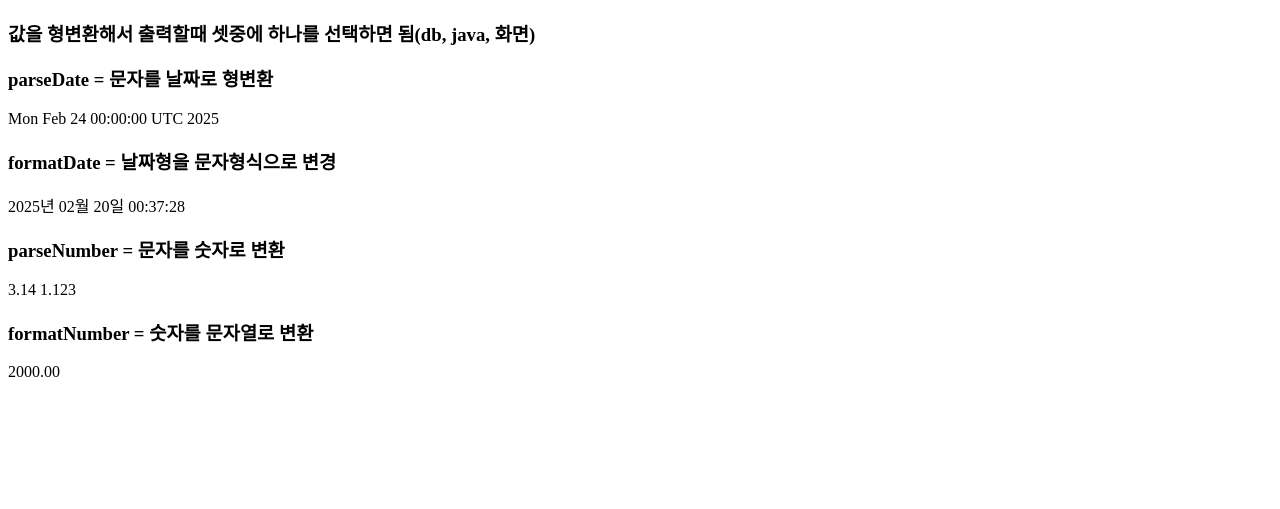
Repository: Muji1412/JSPstudy
Page: http://localhost/JSPbasic/jstl/jstl_fmt.jsp
An editor plug-in stored every save of this project. The page is shown before and after a run of saves, followed by the edit.
The browser window is 1280 px wide. The pictures show the whole page.
The page is served by Tomcat 9. Nobody is signed in. The application's start-up code is not run.

Above is the page before, as saved 2025-02-24 05:15:48.

After the next 5 saves:
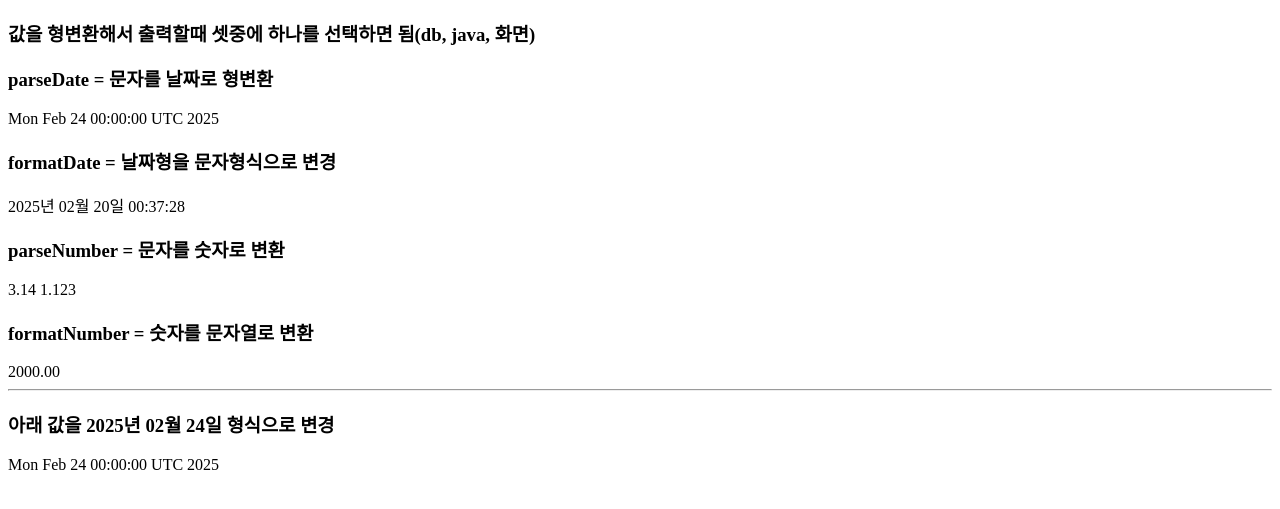
The 5 saves are shown as one change because 4 did not build or start.
The last was saved 7 min 52 s later.
--- a/workspace/JSPbasic/src/main/webapp/jstl/jstl_fmt.jsp
+++ b/workspace/JSPbasic/src/main/webapp/jstl/jstl_fmt.jsp
@@ -31,6 +31,16 @@
 	<h3>formatNumber = 숫자를 문자열로 변환</h3>
 	<fmt:formatNumber value = "2000" pattern = "0000.00"></fmt:formatNumber>
 
+	<hr>
+
+	<h3>아래 값을 2025년 02월 24일 형식으로 변경</h3>
+
+	<c:set var = "timeA" value=" 2025-02-24"></c:set>
+	<c:set var = "timeB" value = "<%=new Date() %>"> </c:set>
+
+	<fmt:parseDate var = "timeAA" value = "${timeA }" pattern = "yyyy-MM-dd" />
+	${timeAA }
+
 
 </body>
 </html>
